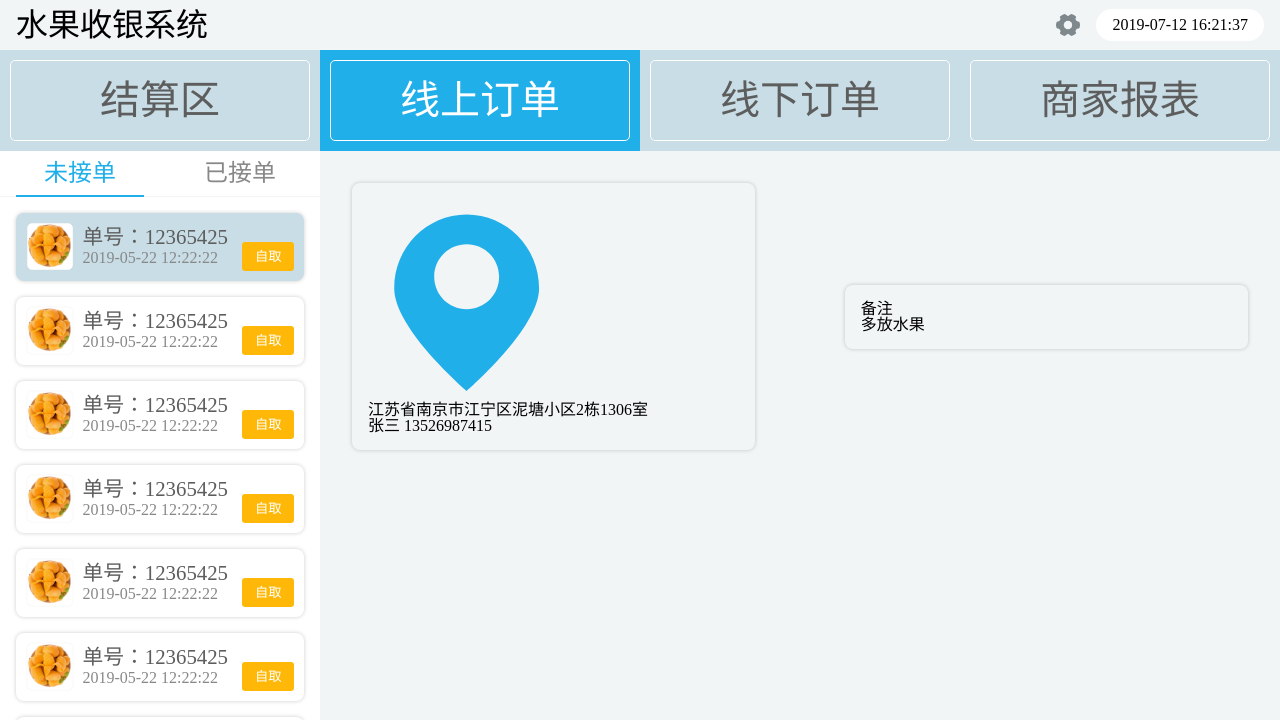
Repository: missing-star/fruit
Page: index.html
These files come from the project's save history. The page is drawn as it stood at one moment and after the next save; the edit follows.
The browser window is 1280 px wide. The pictures show the whole page.

Above is the page before, as saved 2019-07-12 17:00:10.

### index.html
<!DOCTYPE html>
<html lang="en">

<head>
    <meta charset="UTF-8">
    <meta name="viewport" content="width=device-width, initial-scale=1.0">
    <meta http-equiv="X-UA-Compatible" content="ie=edge">
    <title>水果收银系统</title>
    <link rel="stylesheet" href="./css/index.css">
</head>

<body>
    <div id="app">
        <header class="title-bar">
            <p class="title">水果收银系统</p>
            <div class="right-part-show">
                <img src="./images/setting.png" alt="设置" class="setting-icon">
                <p class="show-current-time">{{currentTime}}</p>
            </div>
        </header>
        <ul class="category-tab">
            <li class="category-item" :class="{active:currentIndex == 0}" @click="switchTab(0)">
                <p class="category-title">结算区</p>
            </li>
            <li class="category-item" :class="{active:currentIndex == 1}" @click="switchTab(1)">
                <p class="category-title">线上订单</p>
            </li>
            <li class="category-item" :class="{active:currentIndex == 2}" @click="switchTab(2)">
                <p class="category-title">线下订单</p>
            </li>
            <li class="category-item" :class="{active:currentIndex == 3}" @click="switchTab(3)">
                <p class="category-title">商家报表</p>
            </li>
        </ul>
        <!-- 结算区 -->
        <div v-show="currentIndex == 0" class="main-content">
            <div class="operation-wrapper">
                <ul class="goods-list-wrapper">
                    <li v-for="n in 10" class="goods-item">
                        <div class="goods-pic-wrapper">
                            <span class="delete-icon pointer"></span>
                            <img src="./images/goods.png" class="goods-pic">
                        </div>
                        <div class="goods-detail">
                            <p class="goods-title">苹果</p>
                            <p class="goods-spec">规格：12元/250g</p>
                            <p class="goods-money">
                                <span class="goods-weight">重量357g</span>
                                <span class="goods-price">
                                    <i class="money-icon black">￥</i>
                                    <i class="money-number black">18</i>
                                </span>
                            </p>
                        </div>
                    </li>
                </ul>
                <div class="calculator-scope">
                    <div class="show-total-money">
                        <p class="total-title">共4件商品</p>
                        <p class="total-money">
                            <span class="money-title">合计</span>
                            <span class="show-money">
                                <i class="money-icon blue">￥</i>
                                <i class="money-number blue">54.00</i>
                            </span>
                        </p>
                    </div>
                    <div class="operation-group">
                        <div class="left-part">
                            <button class="order-list pointer">挂单列表</button>
                            <button class="go-order pointer">挂单</button>
                        </div>
                        <button class="right-part pointer">
                            结算
                        </button>
                    </div>
                </div>
            </div>
            <div class="goods-choice-wrapper">
                <ul class="goods-category-wrapper">
                    <li @click="switchSubTab(n-1)" :class="{active:subCurrentIndex == n-1}" v-for="n in 20"
                        class="goods-category-item pointer">
                        分类
                    </li>
                </ul>
                <ul class="goods-choice-list">
                    <li v-for="n in 20" class="goods-choice-item">
                        <img src="./images/goods.png" class="goods-show-pic">
                        <p class="goods-desc">
                            <span class="goods-name">小泰芒</span>
                            <span class="price-weight">23元 / 250g</span>
                        </p>
                    </li>
                </ul>
            </div>
        </div>
        <div v-show="currentIndex == 1" class="main-content">
            <div class="operation-wrapper">
                <ul class="tab-wrapper">
                    <li @click="switchOnlineTab(0)" :class="{active:onlineCurrentIndex == 0}" class="tab-item pointer">
                        未接单</li>
                    <li @click="switchOnlineTab(1)" :class="{active:onlineCurrentIndex == 1}" class="tab-item pointer">
                        已接单</li>
                </ul>
                <div class="order-list-wrapper">
                    <ul v-show="onlineCurrentIndex == 0" class="accept-wrapper">
                        <li @click="getOrderDetail(0,n)" v-for="n in 20" class="order-item pointer"
                            :class="{active:currentOrder == n && onlineCurrentIndex == 0}">
                            <img src="./images/goods.png" class="order-goods-pic">
                            <div class="order-detail">
                                <p class="order-number">单号：12365425</p>
                                <p class="order-date">2019-05-22 12:22:22</p>
                            </div>
                            <button class="post-way self">自取</button>
                        </li>
                    </ul>
                    <ul v-show="onlineCurrentIndex == 1" class="accept-wrapper">
                        <li @click="getOrderDetail(1,n)" v-for="n in 20" class="order-item pointer"
                            :class="{active:currentOrder == n && onlineCurrentIndex == 1}">
                            <img src="./images/goods.png" class="order-goods-pic">
                            <div class="order-detail">
                                <p class="order-number">单号：12365425</p>
                                <p class="order-date">2019-05-22 12:22:22</p>
                            </div>
                            <button class="post-way post">自取</button>
                        </li>
                    </ul>
                </div>
            </div>
            <div class="order-detail-wrapper">
                <div class="user-info">
                    <div class="user-address info-part">
                        <img src="./images/location.png" class="location">
                        <div class="address-detail">
                            <p class="address">江苏省南京市江宁区泥塘小区2栋1306室</p>
                            <p class="user-detail">张三 13526987415</p>
                        </div>
                    </div>
                    <div class="user-comment info-part">
                        <p class="comment-title">备注</p>
                        <p class="user-detail">多放水果</p>
                    </div>
                </div>
            </div>
        </div>
        <div v-show="currentIndex == 2" class="main-content">

        </div>
        <div v-show="currentIndex == 3" class="main-content">

        </div>
    </div>
    <script src="https://cdn.bootcss.com/vue/2.6.10/vue.js"></script>
    <script src="./js/index.js"></script>
</body>

</html>

### css/index.css
html,body,div#app{
    height: 100%;
    background: #FFFFFF;
    min-width: 1200px;
}
body{
    font-size: calc(100vw / 19.2);
}
*{
    padding: 0;
    margin: 0;
    list-style: none;
    box-sizing: border-box;
    line-height: 100%;
    color: #000000;
    font-style: normal;
}
header.title-bar {
    background: #F2F5F6;
    padding: 1rem;
    height: 7%;
    display: flex;
    align-items: center;
    justify-content: space-between;
}
p.title {
    font-size: 2rem;
}
.right-part-show {
    display: flex;
    align-items: center;
    justify-content: space-around;
}
img.setting-icon {
    width: 1.5rem;
    margin-right: 1rem;
    cursor: pointer;
}
p.show-current-time {
    font-size: 1rem;
    background: #FFFFFF;
    padding: 0.5rem 1rem;
    border-radius: 10rem;
}
ul.category-tab {
    width: 100%;
    height: 14%;
    display: flex;
    align-items: center;
    justify-content: space-around;
    background: #C8DDE5;
}
li.category-item{
    width: 100%;
    height: 100%;
    display: flex;
    align-items: center;
    justify-content: center;
    padding: 10px;
    cursor: pointer;
}
li.category-item p.category-title {
    color: #5D5D5D;
    border: 1px solid #FFFFFF;
    border-radius: 5px;
    width: 100%;
    height: 100%;
    display: flex;
    align-items: center;
    justify-content: center;
    white-space: nowrap;
    font-size: 2.5rem;
}
li.category-item.active{
    background: #21AFE9;
}
li.category-item.active p.category-title{
    color: #FFFFFF;
}
.pointer{
    cursor: pointer;
}
.main-content {
    height: 79%;
    display: flex;
}
.operation-wrapper {
    width: 25%;
    height: 100%;
}
li.goods-item {
    height: 13vh;
    box-shadow: 0px 0px 4px 0px rgba(0,0,0,0.2);
    border-radius: 10px;
    margin: 1rem 0;
    display:flex;
}
.goods-pic-wrapper {
    position: relative;
    height: 100%;
    width: 30%;
    padding: 1rem;
}
img.goods-pic {
    width: 100%;
    height: auto;
}
ul.goods-list-wrapper {
    height: 75%;
    overflow: auto;
    padding: 0.5rem;
}
.calculator-scope {
    height: 25%;
}
span.delete-icon {
    width: 1.5rem;
    height: 1.5rem;
    background: url(../images/delete.png) no-repeat;
    background-size: 100% 100%;
    display: block;
    position: absolute;
    left: 0.5rem;
    top: 0.5rem;
}
.goods-detail {
    width: 70%;
    height: 100%;
}
p.goods-title {
    color: #000000;
    font-size: 2rem;
}
p.goods-spec {
    color: #6B6B6B;
    font-size: 1.2rem;
}
p.goods-money {
    display: flex;
    align-items: center;
    justify-content: space-between;
}
span.goods-weight {
    color: #FE7204;
    font-size: 1.5rem;
}
span.goods-price {
    font-size: 1.5rem;
}
.goods-detail {
    width: 70%;
    height: 100%;
    display: flex;
    flex-direction: column;
    justify-content: space-between;
    padding: 1rem;
}
i.money-number {
    font-size: 1.8rem;
}
i.money-icon {
    font-size: 1rem;
}
i.money-number.blue,i.money-icon.blue{
    color: #21AFE9;
}

.calculator-scope {
    border-top: 2px solid rgba(242,245,246,1);
    padding: 1rem;
}
div.show-total-money {
    background: rgba(242,245,246,1);
    display: flex;
    align-items: center;
    justify-content: space-between;
    font-size: 1.2rem;
    height: 30%;
    padding: 1rem;
    border-radius: 0.5rem;
    box-shadow:0px 1px 4px 0px rgba(0,0,0,0.2);
}
.operation-group {
    display: flex;
    align-items: center;
    justify-content: space-between;
    height: 70%;
    padding-top: 1rem;
}
p.total-title {
    color: #5D5D5D;
}
span.money-title {
    color: #333333;
}
button.order-list.pointer {
    background: #FFC639;
    outline: 0;
    border: none;
    color: #FFFFFF;
    width: 100%;
    height: 40%;
}
.left-part {
    width: 55%;
    height: 100%;
    display: flex;
    flex-direction: column;
    align-items: flex-start;
    justify-content: space-between;
}
button.order-list.pointer,button.go-order.pointer {
    border-radius: 0.5rem;
    background: #FFC639;
    outline: 0;
    border: none;
    color: #FFFFFF;
    width: 85%;
    height: 44%;
    font-size: 1.5rem;
}
button.go-order.pointer {
    background: #FF7A05;
}
.right-part {
    background: #21AFE9;
    border-radius: 0.5rem;
    color: #FFFFFF;
    font-size: 2rem;
    width: 45%;
    height: 100%;
    display: flex;
    align-items: center;
    justify-content: center;
    outline: 0;
    border:none;
}
ul.goods-category-wrapper {
    height: 100%;
    overflow: auto;
}
.goods-choice-wrapper {
    width: 75%;
    display: flex;
}
ul.goods-category-wrapper {
    width: 15%;
    height: 100%;
    overflow: auto;
}
li.goods-category-item {
    font-size: 1.5rem;
    display: flex;
    align-items: center;
    justify-content: center;
    height: 4rem;
    background: #EAEFF1;
    color: #5D5D5D;
    border-bottom: 2px solid #FFFFFF;
}
li.goods-category-item.active{
    background: #21AFE9;
    color: #FFFFFF;
}
ul.goods-choice-list {
    height: 100%;
    overflow: auto;
    width: 85%;
    background: #F2F5F6;
    display: flex;
    flex-wrap: wrap;
}
img.goods-show-pic {
    width: 100%;
}
li.goods-choice-item {
    width: 25%;
    margin: 2% calc(25% / 6);
    background: #FFFFFF;
    border-radius: 1rem;
    padding: 1rem;
}
p.goods-desc {
    display: flex;
    flex-direction: column;
    padding: 0 1rem;
}
span.goods-name {
    color: #333333;
    font-size: 2rem;
    margin-bottom: 1rem;
}
span.price-weight {
    color: #888888;
    font-size: 1.3rem;
}
ul::-webkit-scrollbar {
    height: 0;
    width: 4px;
}
ul::-webkit-scrollbar {
    width: 5px; /*对垂直流动条有效*/
    height: 0px; /*对水平流动条有效*/
}

/*定义滚动条的轨道颜色、内阴影及圆角*/
ul::-webkit-scrollbar-track{
    background-color: #FFFFFF;
    border-radius: 3px;
}


/*定义滑块颜色、内阴影及圆角*/
ul::-webkit-scrollbar-thumb{
    border-radius: 7px;
    background-color: #aaa;
}
ul.tab-wrapper{
    width: 100%;
    height: 8%;
    font-size: 1.5rem;
    display: flex;
    align-items: center;
    justify-content: space-around;
    border-bottom: 1px solid rgba(242,245,246,1);
}
li.tab-item{
    color: #888888;
    position: relative;
    width: 50%;
    text-align:center;
    height: 100%;
    display: flex;
    align-items: center;
    justify-content: center;
}
li.tab-item.active{
    color: #21AFE9;
}
li.tab-item.active:after{
    content: '';
    width: 80%;
    height: 2px;
    background: #21AFE9;
    position: absolute;
    bottom: -1px;
    left: 10%;
}
.order-list-wrapper {
    height: 92%;
}
ul.accept-wrapper {
    width: 100%;
    height: 100%;
    overflow: auto;
}
li.order-item {
    display: flex;
    align-items: center;
    justify-content: space-between;
    height: 13%;
    font-size: 1rem;
    box-shadow: 0px 0px 4px 0px rgba(0,0,0,0.2);
    border-radius: 0.5rem;
    margin: 1rem;
    padding: 0.6rem;
}
img.order-goods-pic{
    height: 100%;
}
button.post-way {
    align-self: flex-end;
    border: none;
    outline: 0;
    color: #FFFFFF;
    padding: 0.5rem 0.8rem;
    border-radius: 0.2rem;
}
button.post-way.self{
    background: #FFB807;
}
button.post-way.post{
    background: #FF7A05;
}
p.order-number {
    color: #5D5D5D;
    font-size: 1.3rem;
}
p.order-date {
    color: #888888;
    font-size: 1rem;
}
.order-detail {
    flex: 1;
    height: 85%;
    display: flex;
    align-items: flex-start;
    padding-left: 0.5rem;
    justify-content: space-around;
    flex-direction: column;
}
li.order-item.active{
    background: #C8DDE5;
}
.order-detail-wrapper {
    width: 75%;
    height: 100%;
    background: #F2F5F6;
    padding: 2rem;
}
.user-info {
    display: flex;
    align-items: center;
    justify-content: space-between;
    font-size: 1rem;
}
.info-part {
    box-shadow: 0px 0px 4px 0px rgba(0,0,0,0.2);
    border-radius: 0.5rem;
    width: 45%;
    padding: 1rem;
}

### js/index.js
new Vue({
    el: '#app',
    data: {
        currentTime: '0000-00-00 00:00:00',
        currentIndex:1,
        subCurrentIndex:0,
        onlineCurrentIndex:0,
        currentOrder:1
    },
    methods: {
        getCurrentTime: function () {
            var date = new Date();
            var year = date.getFullYear();
            var month = (date.getMonth() + 1) < 10 ? '0' + (date.getMonth() + 1) : (date.getMonth() + 1);
            var day = date.getDate() < 10 ? '0' + date.getDate() : date.getDate();
            var hour = date.getHours() < 10 ? '0' + date.getHours() : date.getHours();
            var minute = date.getMinutes() < 10 ? '0' + date.getMinutes() : date.getMinutes();
            var second = date.getSeconds() < 10 ? '0' + date.getSeconds() : date.getSeconds();
            this.currentTime = year + '-' + month + '-' + day + ' ' + hour + ':' + minute + ':' + second;
        },
        switchTab:function(index) {
            if(this.currentIndex != index) {
                this.currentIndex = index;
            }
        },
        switchSubTab:function(index) {
            if(this.subCurrentIndex != index) {
                this.subCurrentIndex = index;
            }
        },
        switchOnlineTab:function(index) {
            if(this.onlineCurrentIndex != index) {
                this.onlineCurrentIndex = index;
            }
        },
        getOrderDetail:function(onlineCurrentIndex,currentOrder) {
            if(this.onlineCurrentIndex != onlineCurrentIndex || currentOrder != this.currentOrder) {
                this.onlineCurrentIndex = onlineCurrentIndex;
                this.currentOrder = currentOrder;
            }
        }
    },
    created: function () {
        var vm = this;
        vm.getCurrentTime();
        setInterval(function(){
            vm.getCurrentTime();
        }, 1000);
    }
});

After the next save:
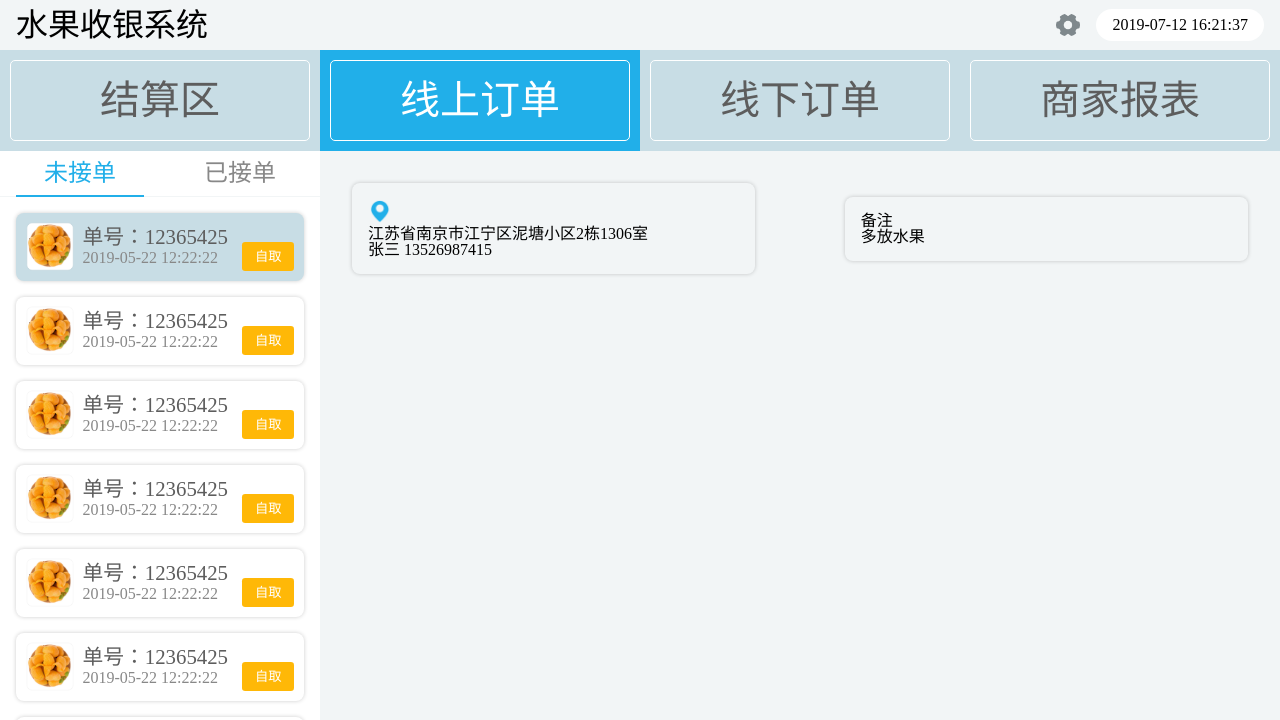
Saved 15 s later.
--- a/css/index.css
+++ b/css/index.css
@@ -420,3 +420,6 @@ li.order-item.active{
     width: 45%;
     padding: 1rem;
 }
+img.location{
+    width: 1.5rem;
+}
